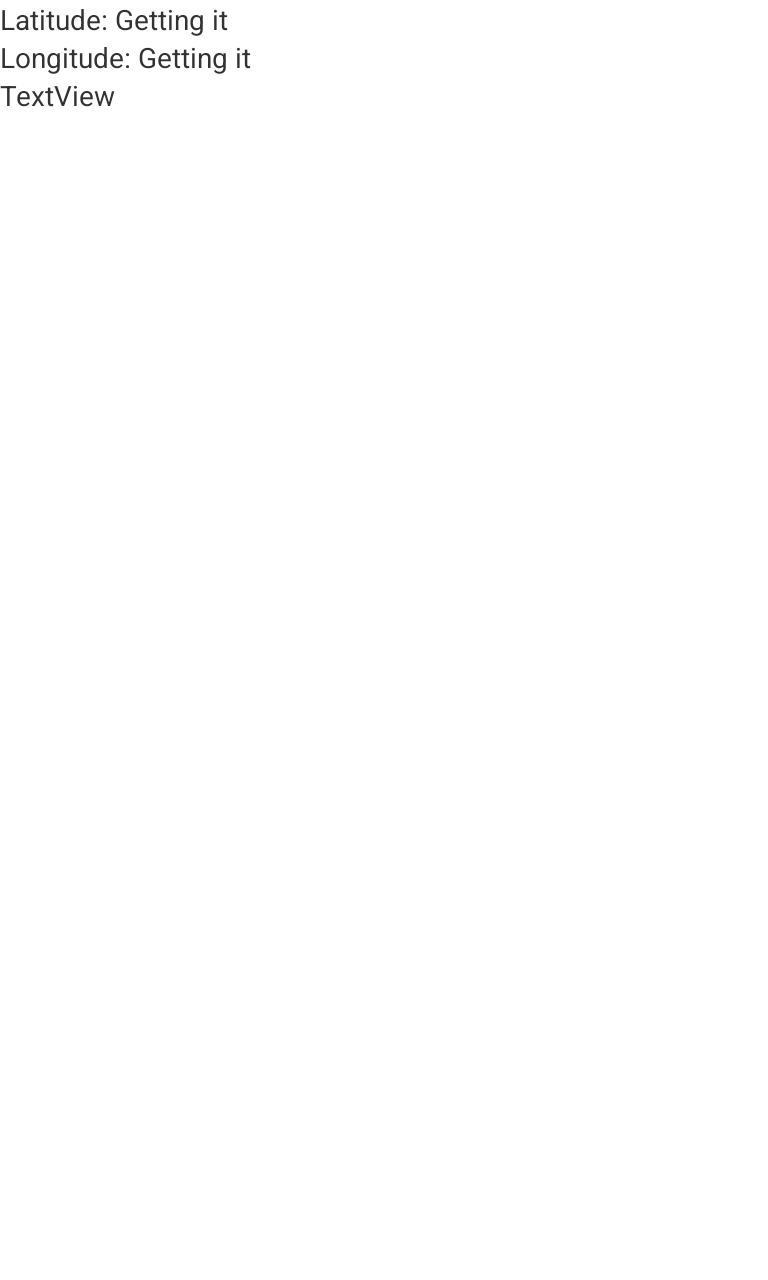
Repository: isitso/android_class
Layout: LocationGooglePlay/res/layout/main.xml
An editor plug-in stored every save of this project. The layout is shown before and after the next save, followed by the edit.
It is drawn on a 768 x 1280 px phone screen (xhdpi) without system bars, with theme AppTheme; the app's code is not run.

Above is the layout before, as saved 2014-04-28 00:28:30.

### LocationGooglePlay/res/layout/main.xml
<?xml version="1.0" encoding="utf-8"?>
<LinearLayout xmlns:android="http://schemas.android.com/apk/res/android"
    android:layout_width="match_parent"
    android:layout_height="match_parent"
    android:orientation="vertical" >

    <TextView
        android:id="@+id/latitudeView"
        android:layout_width="wrap_content"
        android:layout_height="wrap_content"
        android:text="Latitude: Getting it" />

    <TextView
        android:id="@+id/longitudeView"
        android:layout_width="wrap_content"
        android:layout_height="wrap_content"
        android:text="Longitude: Getting it" />

    <TextView
        android:id="@+id/info"
        android:layout_width="wrap_content"
        android:layout_height="wrap_content"
        android:text="TextView" />



</LinearLayout>

Loaded but not shown: LocationGooglePlay/res/values/styles.xml (common file); LocationGooglePlay/res/values-v11/styles.xml (common file); LocationGooglePlay/res/values-v14/styles.xml (common file)

After the next save:
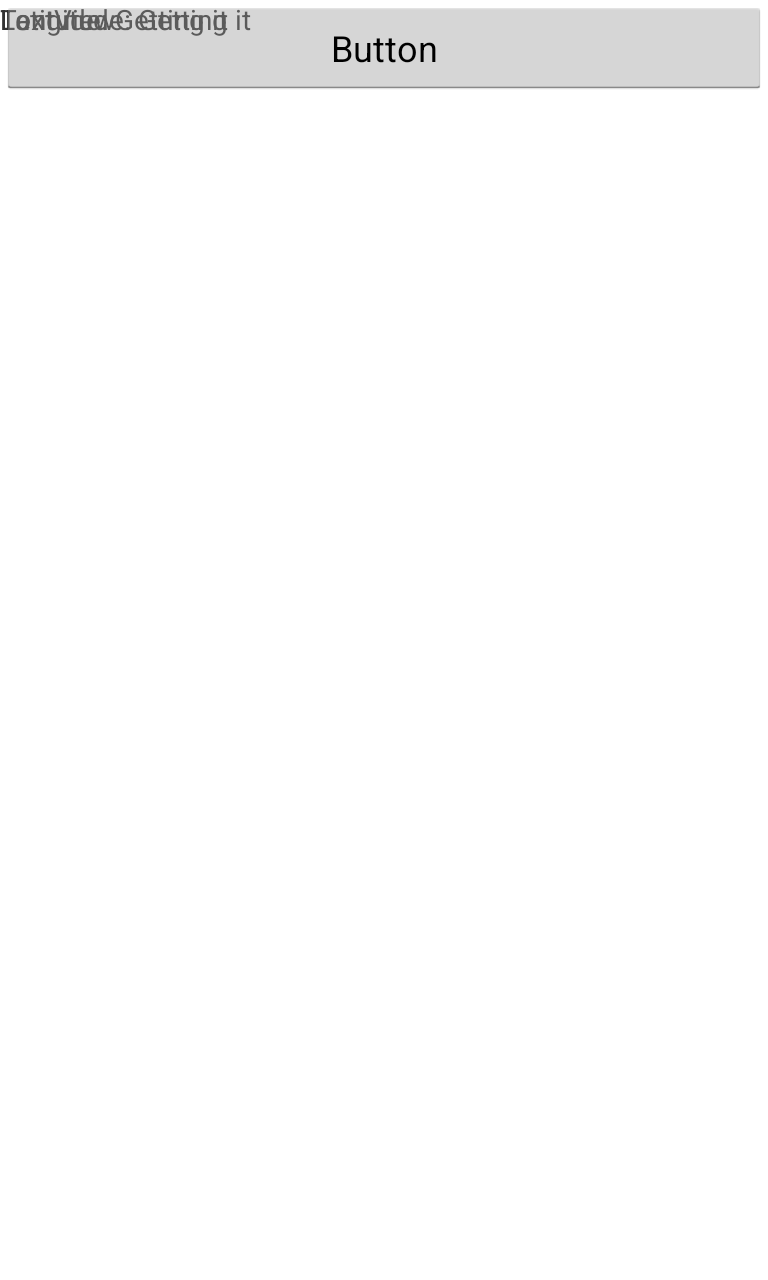
Saved 60 s later.
--- a/LocationGooglePlay/res/layout/main.xml
+++ b/LocationGooglePlay/res/layout/main.xml
@@ -1,5 +1,5 @@
 <?xml version="1.0" encoding="utf-8"?>
-<LinearLayout xmlns:android="http://schemas.android.com/apk/res/android"
+<RelativeLayout xmlns:android="http://schemas.android.com/apk/res/android"
     android:layout_width="match_parent"
     android:layout_height="match_parent"
     android:orientation="vertical" >
@@ -22,6 +22,10 @@
         android:layout_height="wrap_content"
         android:text="TextView" />
 
+    <Button
+        android:id="@+id/button1"
+        android:layout_width="match_parent"
+        android:layout_height="wrap_content"
+        android:text="Button" />
 
-
-</LinearLayout>
+</RelativeLayout>
